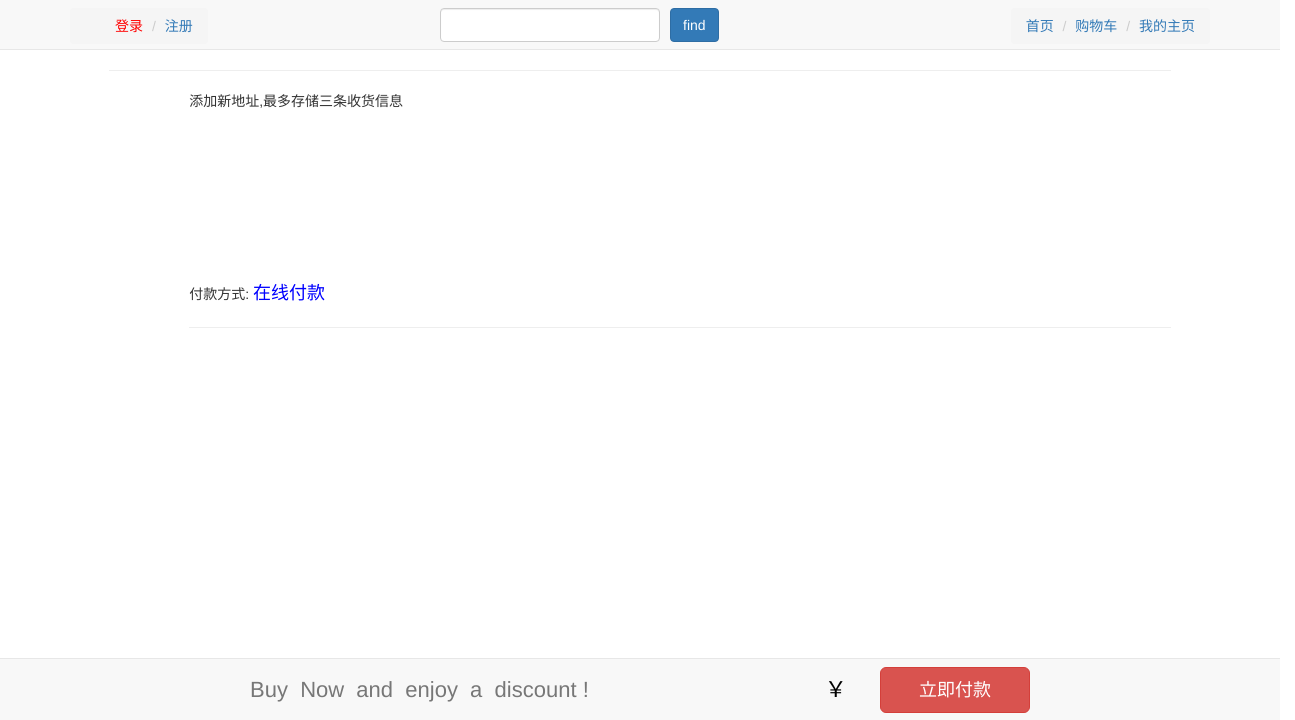
Repository: gaoKuoZqq/ExerciseJavaWebProject
Page: http://localhost/new_mall/WEB-INF/jsp/pay.jsp
These files come from the project's save history. The page is drawn as it stood at one moment and after the next save; the edit follows.
The browser window is 1280 px wide. The page is 1295 px wide, so the pictures cover 1295 px, including what lies to the right of the window. The pictures show the whole page.
The page is served by Tomcat 9. Nobody is signed in. The template is opened directly, without the code that normally fills it, so the values that code supplies are empty.

Above is the page before, as saved 2017-10-21 06:52:14.

After the next save:
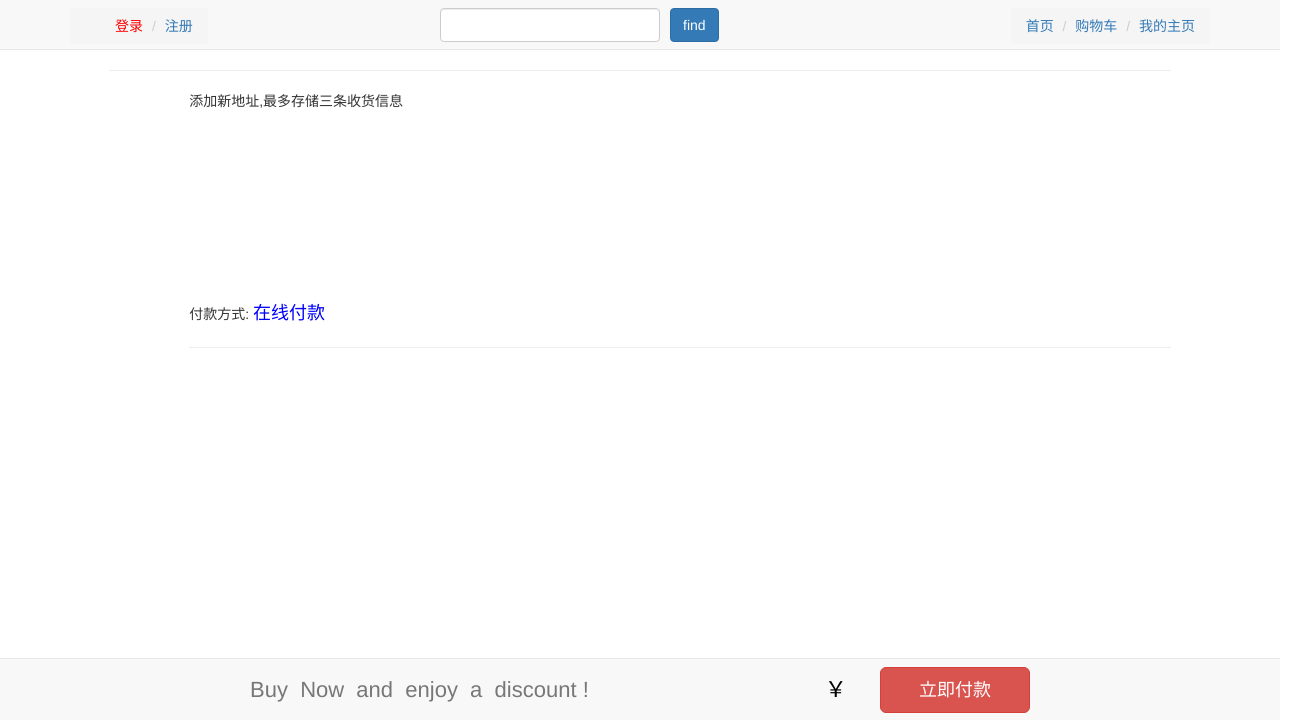
Saved 31 s later.
--- a/new_mall/WebContent/WEB-INF/jsp/pay.jsp
+++ b/new_mall/WebContent/WEB-INF/jsp/pay.jsp
@@ -38,8 +38,8 @@
 				</div>
 			</c:if>
 			</c:forEach>
-			<div class="col-md-1 col-sm-1" ></div>
 			</div>
+			<br/>
 			<div style="height:50px; margin-left:80px;">
 				<p>付款方式: <span style="color:blue;font-size: 18px;">在线付款</span></p>
 				<hr/>

After the 2 saves that followed:
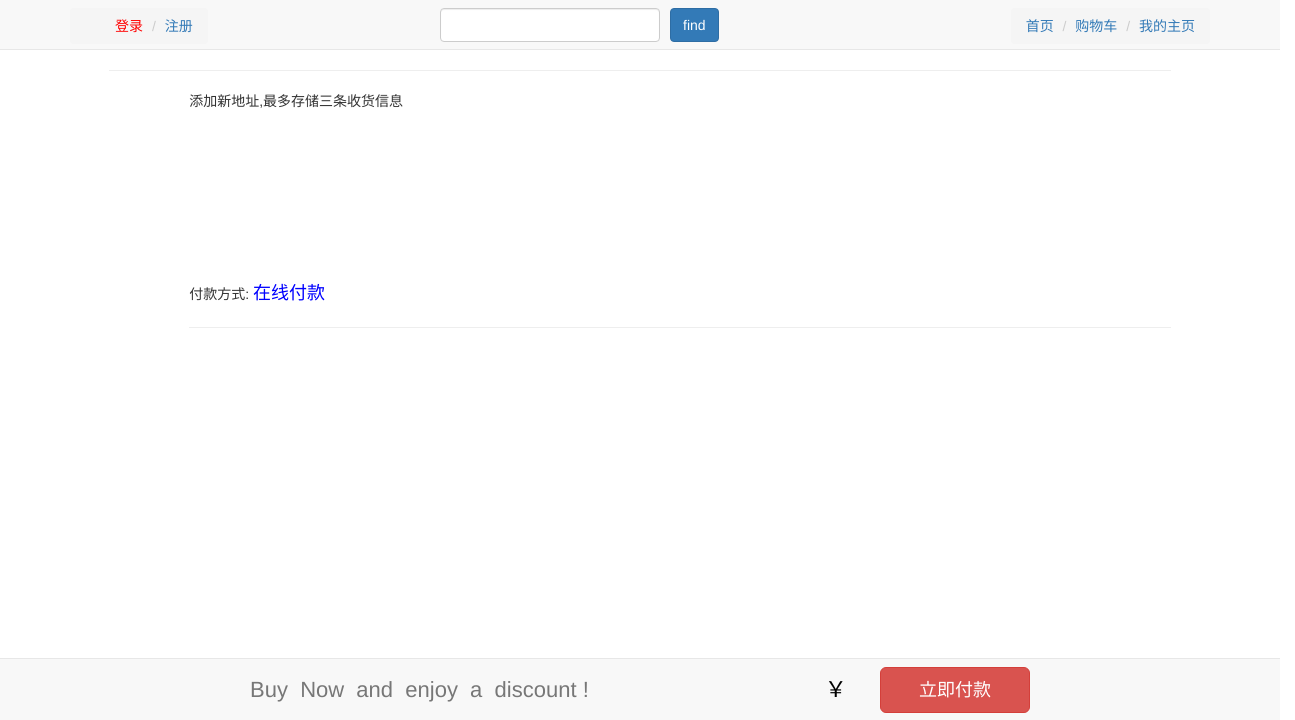
The 2 saves are shown as one change because 1 left the picture as it was.
The last was saved 34 s later.
--- a/new_mall/WebContent/WEB-INF/jsp/pay.jsp
+++ b/new_mall/WebContent/WEB-INF/jsp/pay.jsp
@@ -21,7 +21,7 @@
 			<div style="height:40px; margin-left:80px;">
 				<p>添加新地址,最多存储三条收货信息</p>
 			</div>
-			<div class="row" style="height:150px;">
+			<div class="row" style="height:150px;width:100%">
 			<div class="col-md-2 col-sm-2" ></div>
 			<c:forEach items="${shippingsList }" var="shipping" varStatus="status">
 			<c:if test="${status.count < 4 }">
@@ -39,7 +39,6 @@
 			</c:if>
 			</c:forEach>
 			</div>
-			<br/>
 			<div style="height:50px; margin-left:80px;">
 				<p>付款方式: <span style="color:blue;font-size: 18px;">在线付款</span></p>
 				<hr/>
